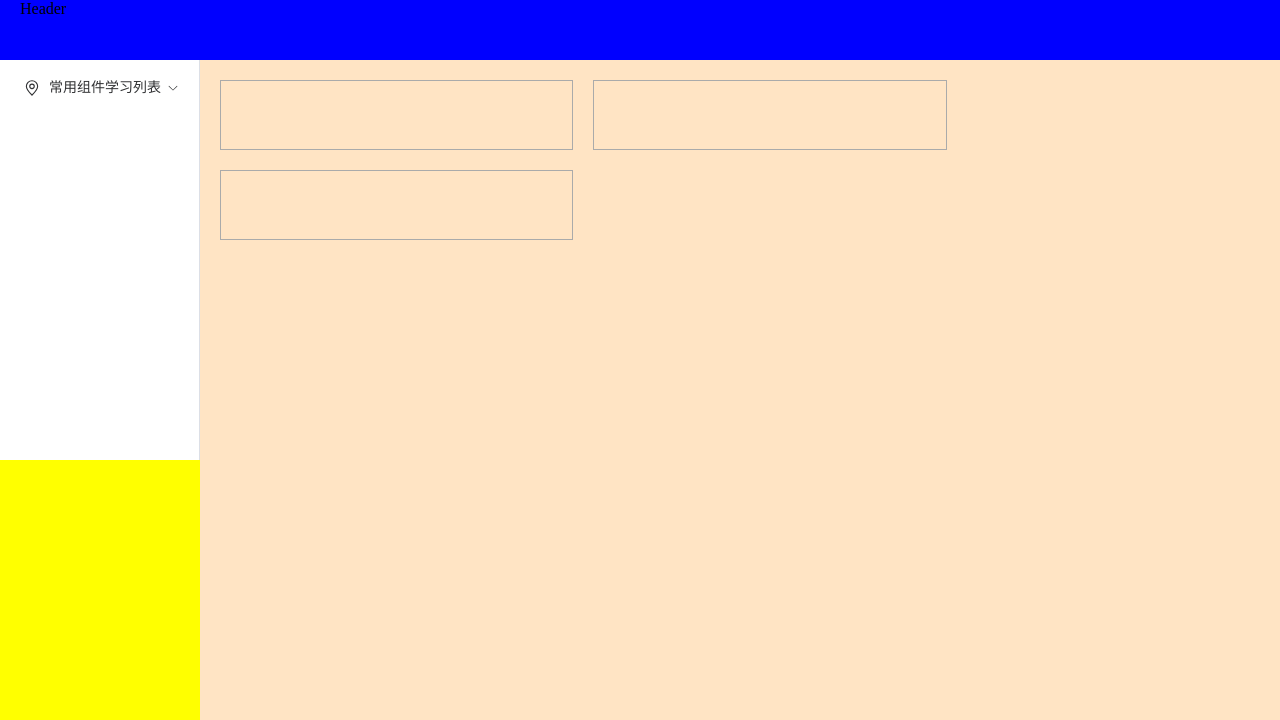
Repository: 553559555/vue3-project
Page: /#/index (app in vue3-app/)
An editor plug-in stored every save of this project. The page is shown before and after the next save, followed by the edit.
The browser window is 1280 px wide. The pictures show the whole page.
The project was rebuilt for these pictures with package versions that can differ from the ones it lists, and the page was loaded fresh each time. Also part of the build but not shown: vue3-app/vite.config.ts.

Above is the page before, as saved 2025-03-24 10:36:31.

### vue3-app/src/main.ts
import { createApp } from 'vue'
import ElementPlus from 'element-plus'
import 'element-plus/dist/index.css'
import router from './router'
import pinia from './stores'
import './style.css'
import App from './App.vue'

const app = createApp(App)
app.use(ElementPlus)
app.use(router)
app.use(pinia)

app.mount('#app')

### vue3-app/src/router/index.ts
import { createRouter, createWebHashHistory, createWebHistory } from 'vue-router'
import type { RouteRecordRaw } from 'vue-router'

const routes: Array<RouteRecordRaw> = [
  {
    path: '/',
    name: 'Login',
    component: () => import('../views/login.vue')
  },
  {
    path: '/index',
    name: 'index',
    component: () => import('../views/index.vue'),
    children: [
      {
        path: '',
        name: 'Home',
        component: () => import('../views/Home.vue')
      },
      {
        path: '/about',
        name: 'About',
        component: () => import('../views/About.vue')
      }
    ]
  }

]

const router = createRouter({
  history: createWebHashHistory(),
  routes
})

export default router

### vue3-app/src/stores/index.ts
import { createPinia } from 'pinia'

const pinia = createPinia()

export default pinia

### vue3-app/src/style.css
/* CSS 重置 */
* {
  margin: 0;
  padding: 0;
  box-sizing: border-box;
}

### vue3-app/src/App.vue
<script setup lang="ts">
import { RouterView } from 'vue-router'
</script>

<template>
    <router-view />
</template>

### vue3-app/src/views/index.vue
<template>
    <el-container class="container">
        <el-header>Header</el-header>
        <el-container>
            <el-aside width="200px">
                <home-left />
            </el-aside>
            <el-main>
                <router-view>
                </router-view>
            </el-main>
        </el-container>
    </el-container>
</template>

<script setup>

import { RouterView } from 'vue-router'
import HomeLeft from './components/home-left.vue'

</script>



<style scoped lang="scss">
.container {
    width: 100vw;
    height: 100vh;

    .el-header {
        background-color: blue;
    }

    .el-container {
        background-color: aqua;

        .el-aside {
            background-color: yellow;
        }

        .el-main {
            background-color: bisque;
            padding: 0;
        }

    }

}
</style>

### vue3-app/src/views/Home.vue
<template>
  <div class="home-container">
    <el-row class="row">
      <el-col :span="8">
        <div class="grid-content ep-bg-purple-dark" />
      </el-col>
      <el-col :span="8">
        <div class="grid-content ep-bg-purple-dark" />
      </el-col>
      <el-col :span="8">
        <div class="grid-content ep-bg-purple-dark" />
      </el-col>
    </el-row>
  </div>
</template>

<script lang="ts" setup>

</script>

<style scoped lang="scss">
.home-container {
  width: 100%;
  height: 100%;


  .row {
    padding: 10px;
    height: 200px;

    .el-col {
      box-sizing: border-box;
      margin: 10px;
      border: solid 1px #aaa;
    }
  }
}
</style>

### vue3-app/src/views/components/home-left.vue
<template>
    <div class="home-left-container">
        <el-menu default-active="2" class="el-menu-vertical-demo" @open="handleOpen" @close="handleClose"
            @select="handleSelect">
            <el-sub-menu v-for="(items, index) in listData" :index="items.name" :key="index">
                <template #title>
                    <el-icon>
                        <location />
                    </el-icon>
                    <span>{{ items.name }}</span>
                </template>
                <el-menu-item v-for="(item, index) in items.children" :index="item.name" :key="index">
                    <el-icon>
                        <location />
                    </el-icon>
                    <span>{{ item.name }}</span>
                </el-menu-item>
            </el-sub-menu>
        </el-menu>
    </div>
</template>

<script setup>
import { Location } from "@element-plus/icons-vue";

import { reactive, ref } from "vue";
const listData = reactive([
    {
        name: "常用组件学习列表",
        children: [
            {
                name: 'button'
            },
            {
                name: 'input'
            }
        ],
    },
]);
const isCollapse = ref(true);
const handleOpen = (key, keyPath) => {
    console.log(key, keyPath);
};
const handleClose = (key, keyPath) => {
    console.log(key, keyPath);
};

const handleSelect = (key, keyPath) => {
    console.log(key, keyPath);
};
</script>

<style scoped lang="scss">
.home-left-container {
    height: 100%;
    width: 100%;

    .el-menu-vertical-demo:not(.el-menu--collapse) {
        width: 200px;
        min-height: 400px;
    }
}
</style>

Loaded but not shown: vue3-app/index.html (common file)

After the next save:
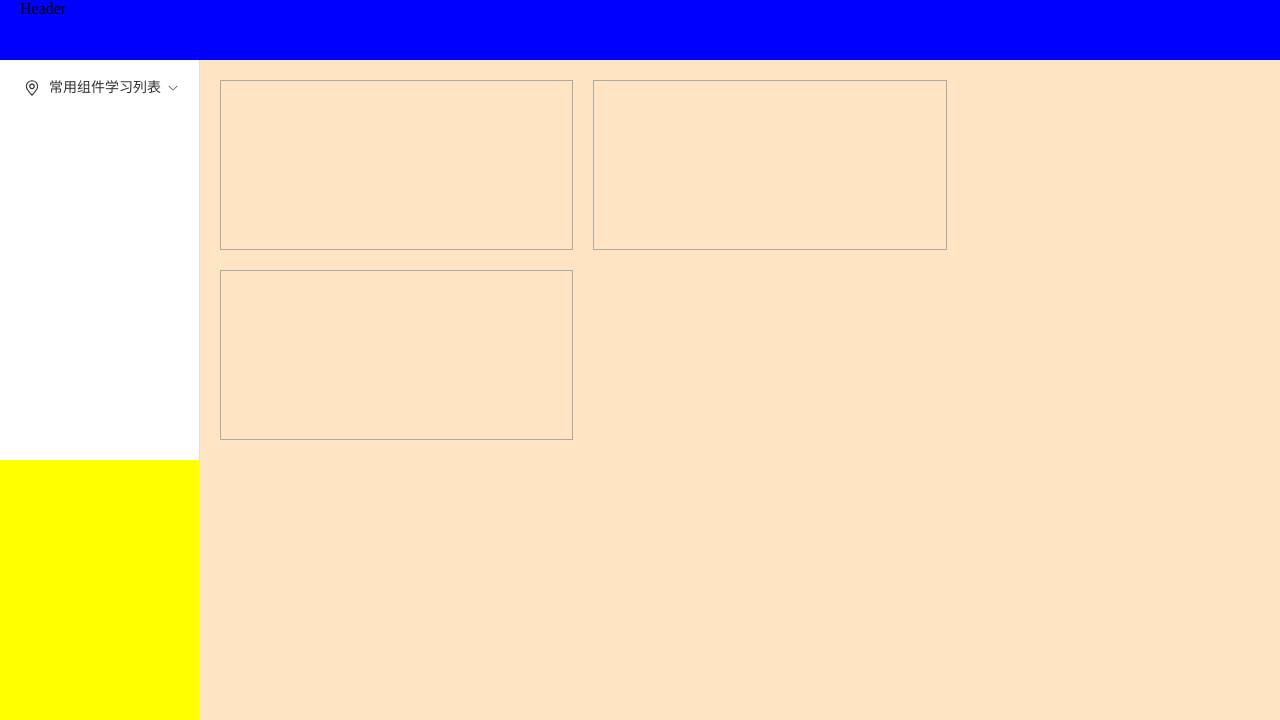
Saved 20 s later.
--- a/vue3-app/src/views/Home.vue
+++ b/vue3-app/src/views/Home.vue
@@ -26,7 +26,7 @@
 
   .row {
     padding: 10px;
-    height: 200px;
+    height: 400px;
 
     .el-col {
       box-sizing: border-box;
